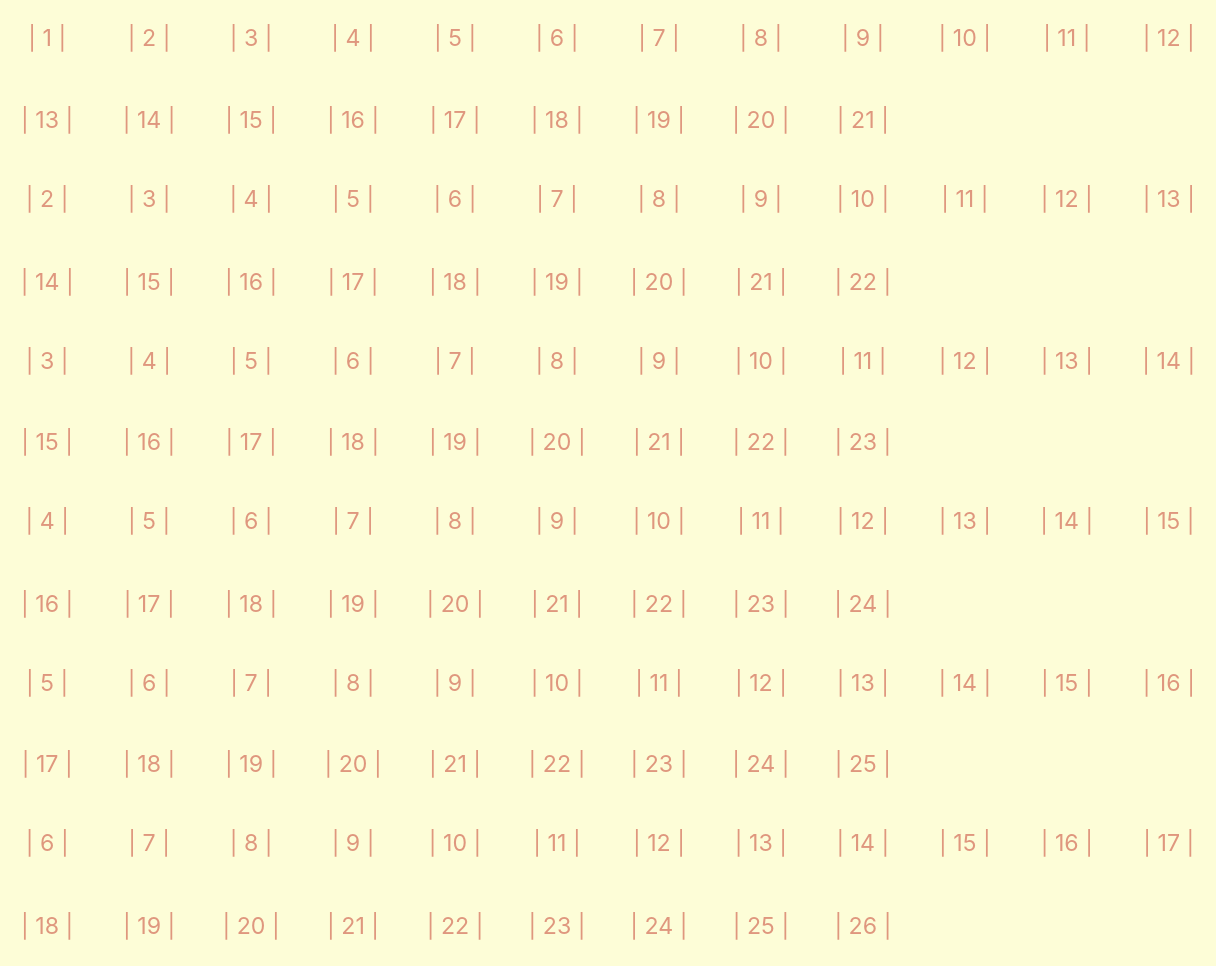
Repository: ghbamorim/megasenaapi
Page: / (app in mega-sena-client/)
An editor plug-in stored every save of this project. The page is shown before and after the next save, followed by the edit.
The browser window is 1280 px wide. The page is 1284 px wide, so the pictures cover 1284 px, including what lies to the right of the window. The pictures show the whole page, at 95% of full size.
The project was rebuilt for these pictures with package versions that can differ from the ones it lists, and the page was loaded fresh each time. Also part of the build but not shown: mega-sena-client/src/App.css.

Above is the page before, as saved 2021-09-12 09:48:04.

After the next save:
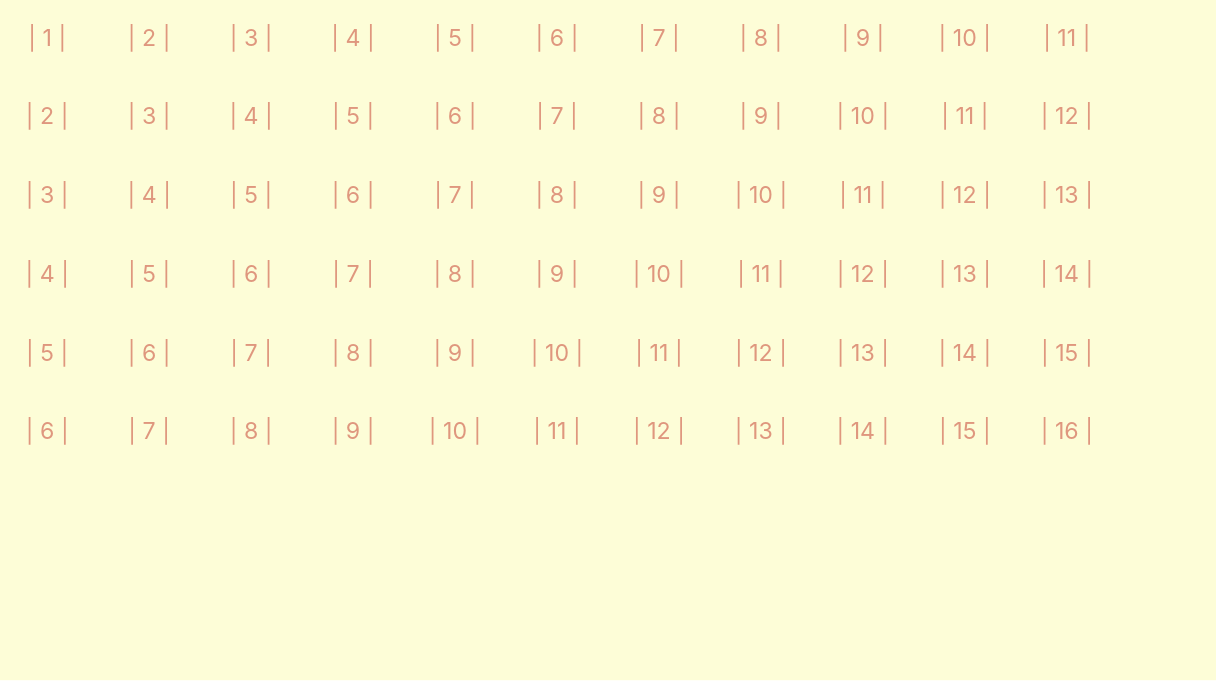
Saved 7 s later.
--- a/mega-sena-client/src/App.tsx
+++ b/mega-sena-client/src/App.tsx
@@ -33,7 +33,7 @@ function App() {
           {rows.map((i) => {
             return (
               <Grid container spacing={1}>
-                <Row startNumber={i} endNumber={i + 20} />
+                <Row startNumber={i} endNumber={i + 10} />
               </Grid>
             );
           })}
